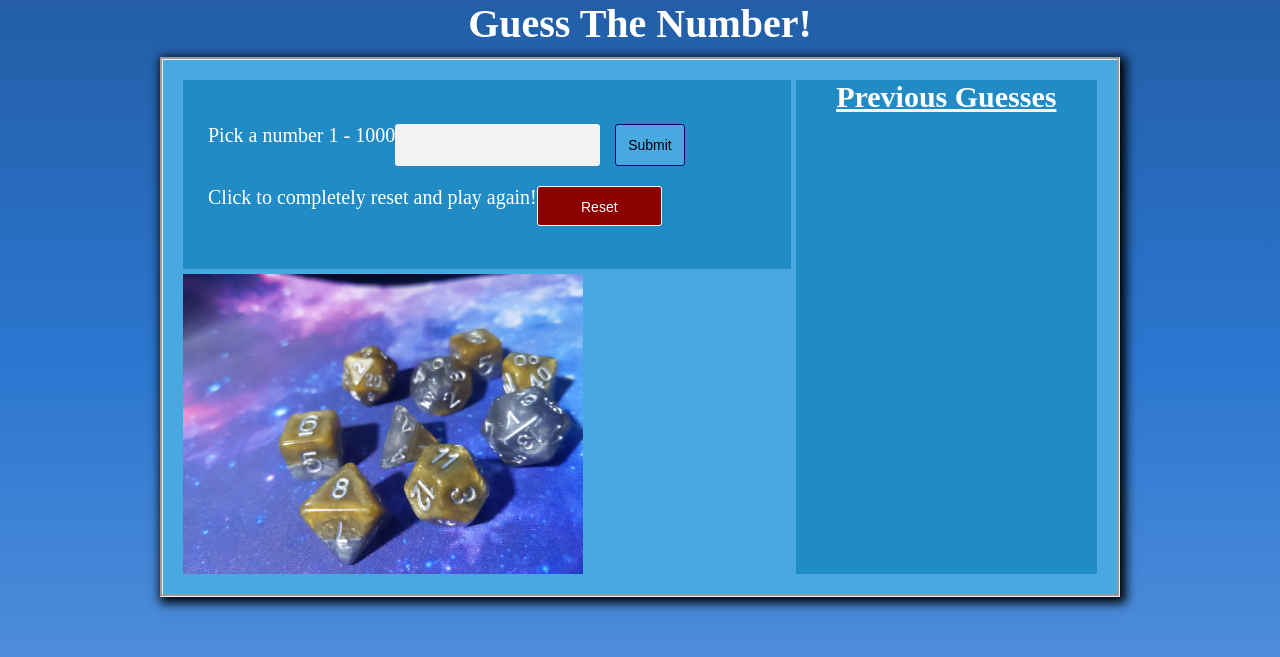
Repository: mlmEFSC21/P15-Modified-Guessing-Game
Page: guess.html
These files come from the project's save history. The page is drawn as it stood at one moment and after the next save; the edit follows.
The browser window is 1280 px wide. The pictures show the whole page.

Above is the page before, as saved 2022-03-23 18:31:14.

After the next save:
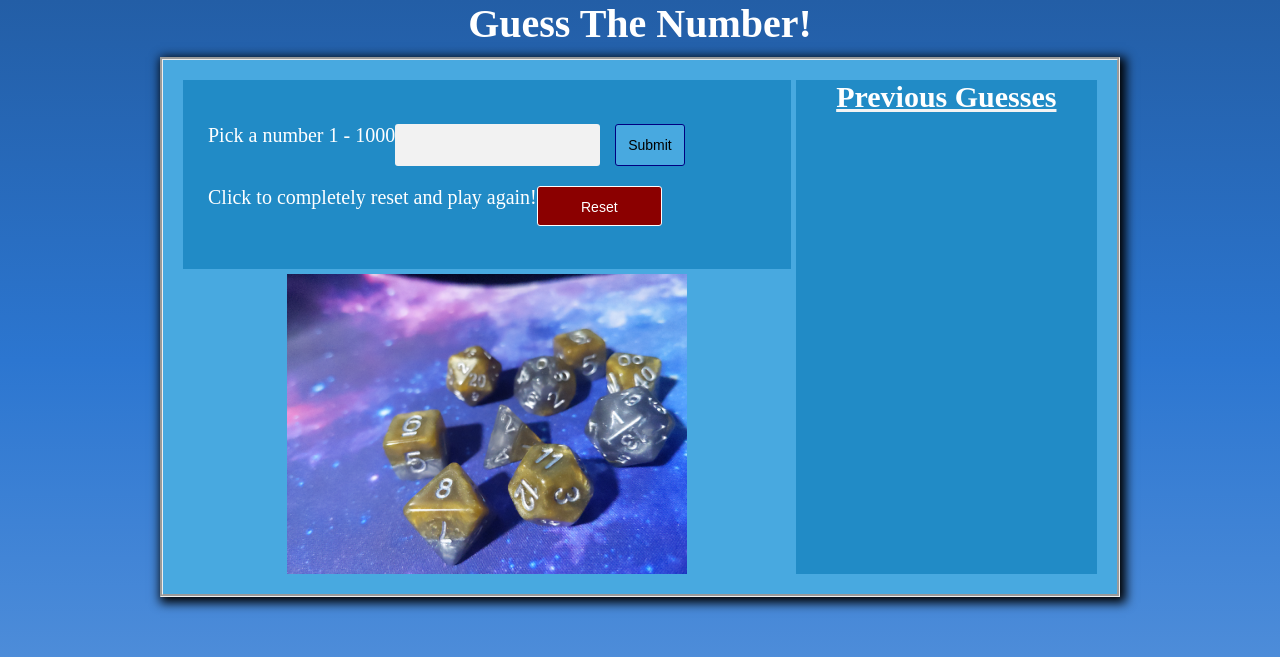
Saved 16 s later.
--- a/guess.css
+++ b/guess.css
@@ -81,6 +81,8 @@ img {
     height: 300px;
     grid-column: 1 / 3;
     grid-row: 3 / 5;
+    align-self: center;
+    justify-self: center;
 }
 button {
     border: solid 1px white;
